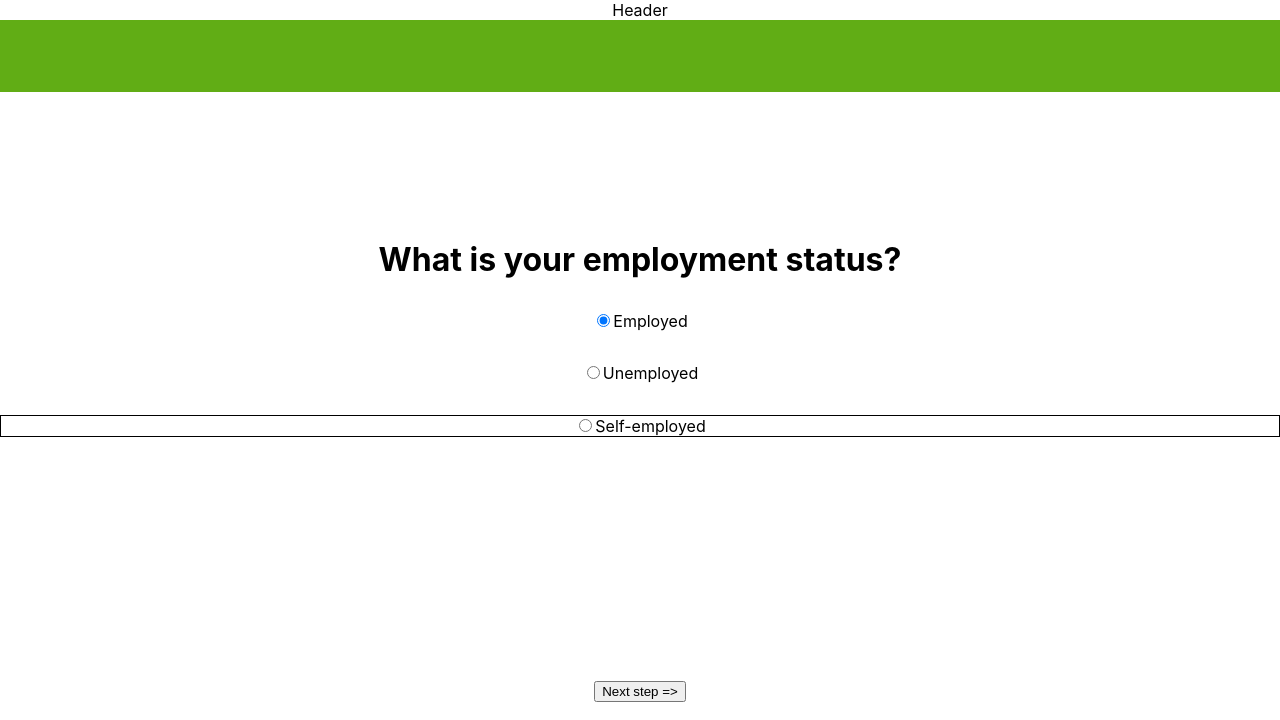
Repository: andbilous/task-survey
Page: /
An editor plug-in stored every save of this project. The page is shown before and after a run of saves, followed by the edit.
The browser window is 1280 px wide. The pictures show the whole page.
The project was rebuilt for these pictures with package versions that can differ from the ones it lists, and the page was loaded fresh each time.

Above is the page before, as saved 2020-06-16 17:56:41.

### src/App.js
import React from 'react';
import './App.css';
import Header from './components/Header';
import Footer from './components/Footer';
import EmploymentStatusPage from './pages/EmploymentStatus';
import { Provider } from 'react-redux'
import { store } from './redux/store'

function App() {
  return (
    <Provider store={store}>
    <div className="App">
      <Header/>
      <EmploymentStatusPage/>
      <Footer/>
    </div>
    </Provider>
  );
}

export default App;

### src/App.css
*{
  text-align: center;
}
/* .App {
  text-align: center;
  background-color: #333;
}

.App-logo {
  height: 40vmin;
  pointer-events: none;
}

@media (prefers-reduced-motion: no-preference) {
  .App-logo {
    animation: App-logo-spin infinite 20s linear;
  }
}

.App-header {
  background-color: #282c34;
  min-height: 100vh;
  display: flex;
  flex-direction: column;
  align-items: center;
  justify-content: center;
  font-size: calc(10px + 2vmin);
  color: white;
}

.App-link {
  color: #61dafb;
}

@keyframes App-logo-spin {
  from {
    transform: rotate(0deg);
  }
  to {
    transform: rotate(360deg);
  }
} */

### src/components/Header.jsx
import React from "react";

const Header = () => {
  return (
    <div style={styles.general}>
      Header
      <div style={styles.progressBar}></div>
    </div>
  );
};

const styles = {
  general: {
    position: "absolute",
    left: "0%",
    right: "0%",
    top: "0%",
    bottom: "0%",
    height: "133px",
    backgroundColor: "#fff",
  },
  progressBar: {
    height: "72px",
    width: "100%",
    backgroundColor: "#61AD15",
  },
};

export default Header;

### src/components/Footer.jsx
import React from "react";

const Footer = () => {
  return <div style={styles.general}>
    <button>Next step =></button>
  </div>;
};

const styles = {
  general: {
    position: "absolute",
    bottom: "0",
    width: "100%",
    height: "2.5rem",
    backgroundColor: '#fff'
  },
};

export default Footer;

### src/pages/EmploymentStatus.jsx
import React from "react";

const EmploymentStatusPage = () => {
  const handleChange=(e)=>{
    console.log(e.target.value)
  }
  return (
    <div style={{ backgroundColor: "#fff",marginTop: "15rem" }}>
      <h1>What is your employment status?</h1>
      <form>
        <div style={{marginTop: '2rem'}} className="radio">
          <label>
            <input onChange={handleChange} name='1' type="radio" value="option1" checked={true} />
            Employed
          </label>
        </div>
        <div style={{marginTop: '2rem'}} className="radio">
          <label>
            <input onChange={handleChange} name='1' type="radio" value="option2" />
            Unemployed
          </label>
        </div>
        <div style={{marginTop: '2rem', border: '1px solid black'}} className="radio">
          <label>
            <input onChange={handleChange} name='1' type="radio" value="option3" />
            Self-employed
          </label>
        </div>
      </form>
    </div>
  );
};

export default EmploymentStatusPage;

### src/redux/store.js
import { applyMiddleware, createStore } from 'redux';
import logger from 'redux-logger';
import thunk from 'redux-thunk';

import { rootReducer } from './rootReducer';

const middleware = [thunk, logger];

export const store = createStore(rootReducer, applyMiddleware(...middleware));

### src/redux/rootReducer.js
import { combineReducers } from 'redux'
import surveyReducer from './survey/reducer'

export const rootReducer = combineReducers({
  surveyReducer
})

### src/redux/survey/reducer.js
import types from './types'

const initialValues = {
  users: [],
  isLoading: false,
  userData: {}
}

const surveyReducer = (state = initialValues, { type, payload }) => {
  switch (type) {
    case types.FETCH_USERS_START:
    case types.GET_USERDATA_START:
      return {
        ...state,
        isLoading: true
      }
    case types.GET_USERDATA_SUCCESS:
      return {
        ...state,
        isLoading: false,
        userData: payload
      }
    case types.FETCH_USERS_SUCCESS:
      return {
        ...state,
        isLoading: false,
        users: payload
      }
    case types.GET_USERDATA_FAILURE:
    case types.FETCH_USERS_FAILURE:
      return {
        ...state,
        isLoading: true
      }
    default:
      return state
  }
}

export default surveyReducer;

Loaded but not shown: public/index.html (common file); src/index.js (common file); src/index.css (common file); src/serviceWorker.js (common file); src/redux/survey/types.js (no copy from this time; the picture is the same without it)

After the next 2 saves:
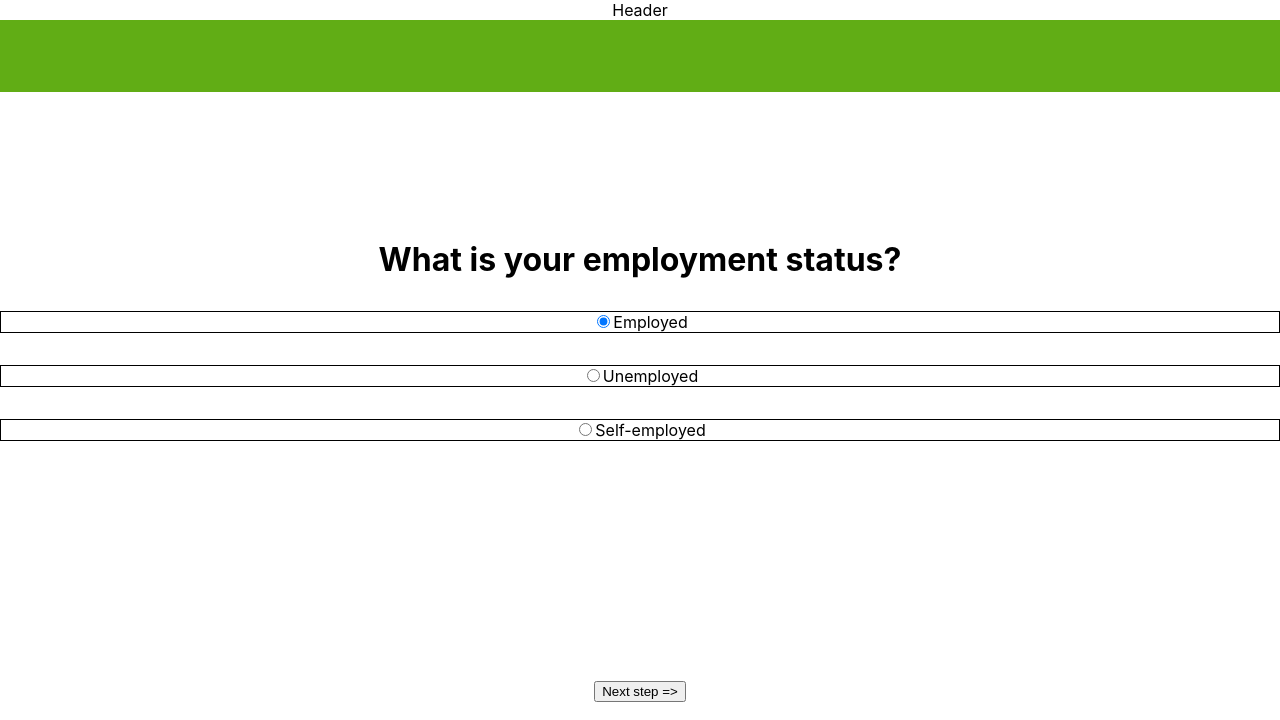
The 2 saves are shown as one change because they came seconds apart.
The last was saved 21 s later.
--- a/src/pages/EmploymentStatus.jsx
+++ b/src/pages/EmploymentStatus.jsx
@@ -8,13 +8,13 @@ const EmploymentStatusPage = () => {
     <div style={{ backgroundColor: "#fff",marginTop: "15rem" }}>
       <h1>What is your employment status?</h1>
       <form>
-        <div style={{marginTop: '2rem'}} className="radio">
+        <div style={{marginTop: '2rem',border: '1px solid black'}} className="radio">
           <label>
             <input onChange={handleChange} name='1' type="radio" value="option1" checked={true} />
             Employed
           </label>
         </div>
-        <div style={{marginTop: '2rem'}} className="radio">
+        <div style={{marginTop: '2rem',border: '1px solid black'}} className="radio">
           <label>
             <input onChange={handleChange} name='1' type="radio" value="option2" />
             Unemployed
